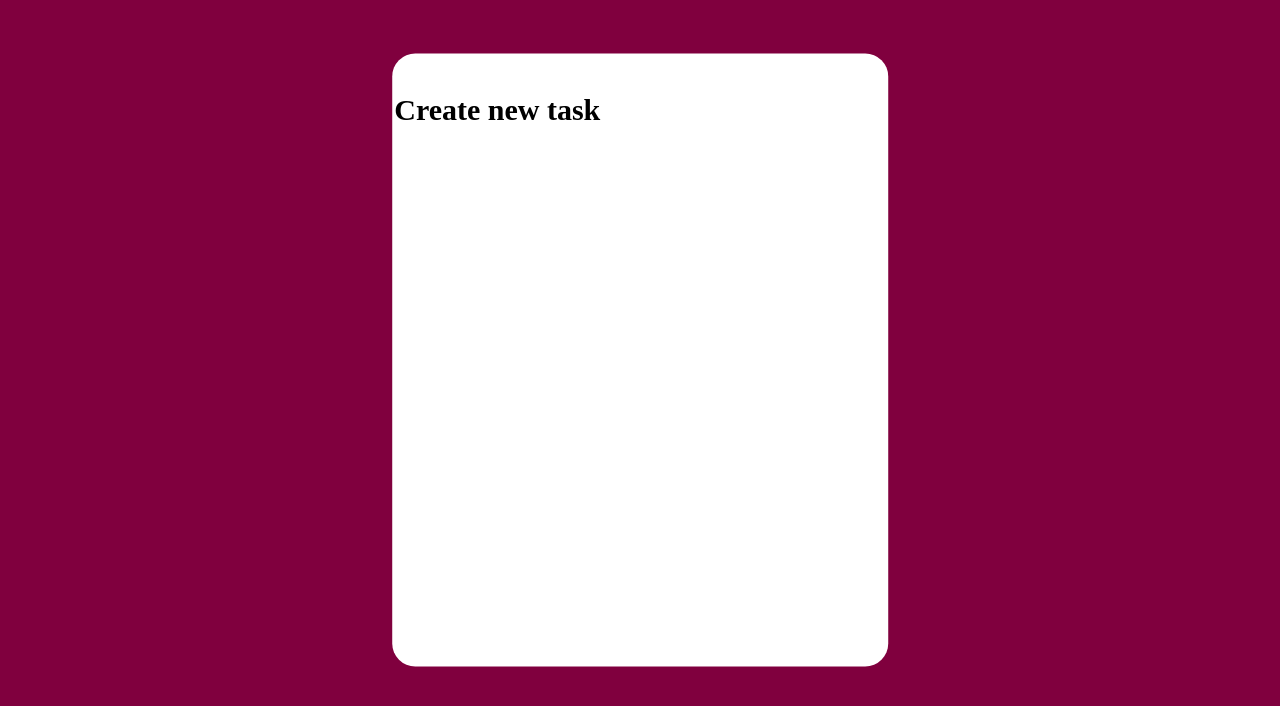
Repository: MorgunovaAlexandra/verstka-form
Page: index.html
The author's editor kept a copy of each file at every save. The page is drawn from the files as they stood at one save, then again after the next save.
The browser window is 1280 px wide. The pictures show the whole page.
The style sheet was rebuilt from its Sass, Less or Tailwind sources for each picture, by a compiler version that may differ from the author's.

Above is the page before, as saved 2022-06-24 12:02:47.

### index.html
<!DOCTYPE html>
<html lang="ru">
<head>
    <meta charset="UTF-8">
    <meta http-equiv="X-UA-Compatible" content="IE=edge">
    <meta name="viewport" content="width=device-width, initial-scale=1.0">
    <link rel="stylesheet" href="./css/style.css">
    <title>Document</title>
</head>
<body>
    <div class="wrapper">
       <div class="form">
           <div class="fieldset">
            <legend><b>Create new task</b></legend>
           </div>
       </div>
    </div>
</body>
</html>

### scss/style.scss
@import "variables";
@import "mixins";
body {

   @include vov(rgb(128, 0, 62));
}
.form{
    width: 495.55px;
    height: 613.21px;
    background-color: white;
    border-radius: 23px;
     box-sizing: border-box;
    position: fixed; top: 50%; left: 50%;
    -webkit-transform: translate(-50%, -50%);
    -ms-transform: translate(-50%, -50%);
    transform: translate(-50%, -50%);
}
legend{
    margin: 40px auto;

}

### scss/variables.scss
$bgColor: green;

### scss/mixins.scss
@mixin vov($color) {
    font-size: 30px;
    background-color:$color ;
}

After the next save:
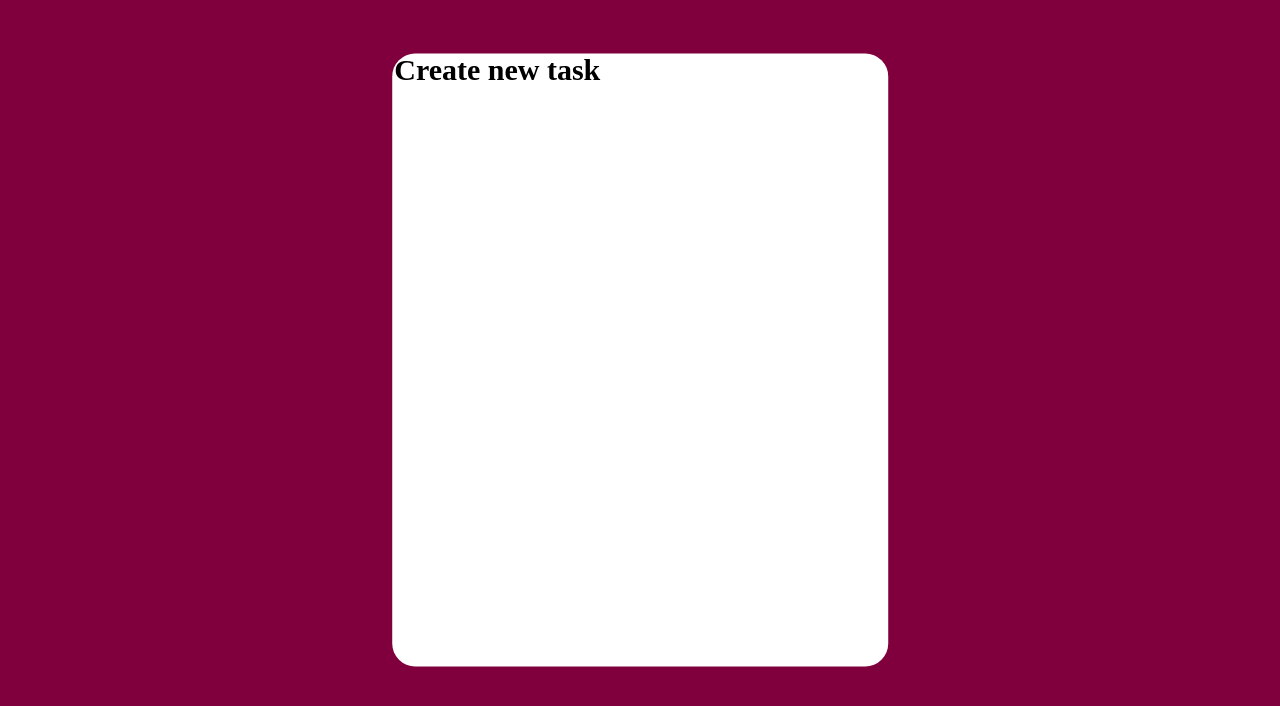
Saved 8 s later.
--- a/scss/style.scss
+++ b/scss/style.scss
@@ -16,6 +16,6 @@ body {
     transform: translate(-50%, -50%);
 }
 legend{
-    margin: 40px auto;
+    margin: 0 auto;
 
 }
